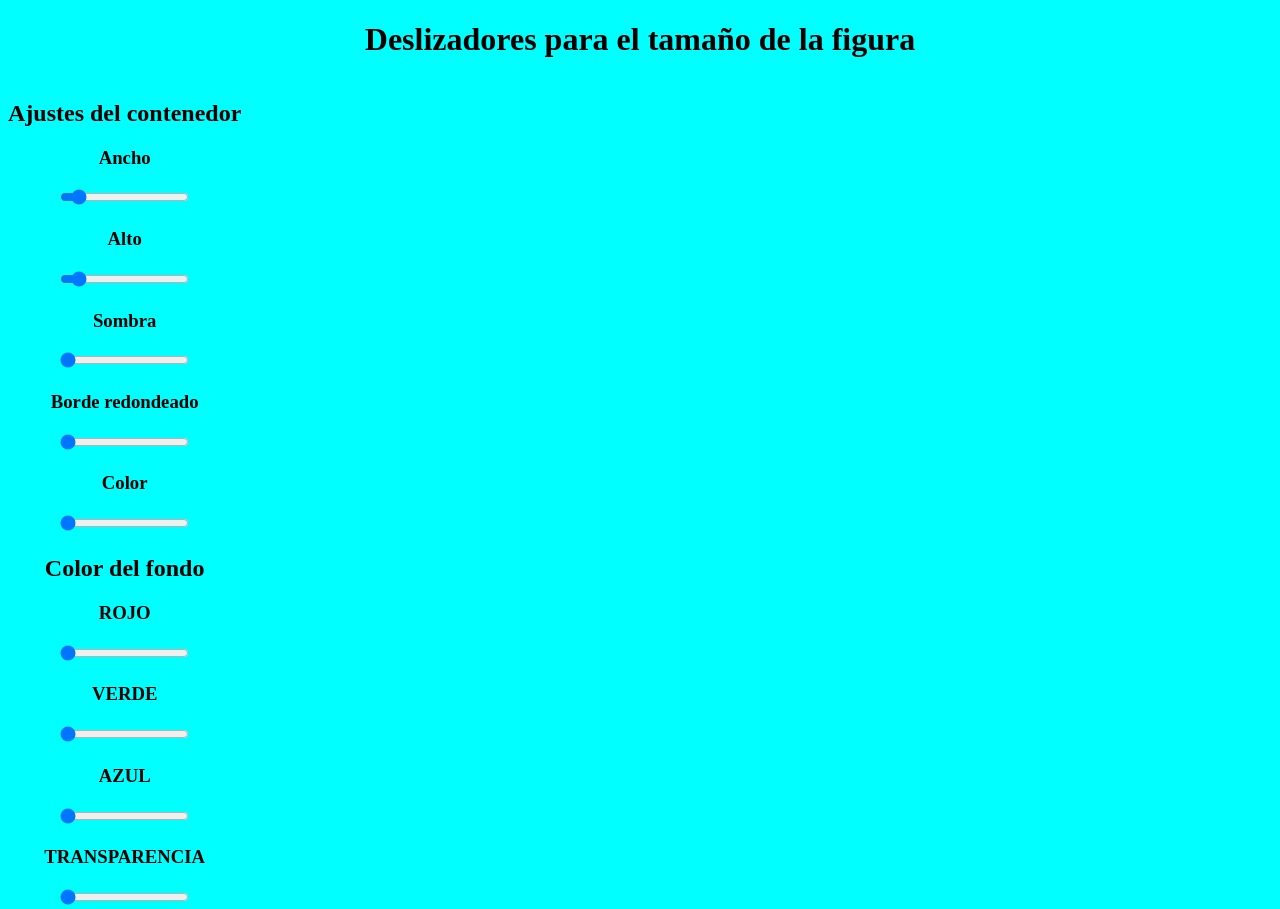
Repository: Kevin8548/Ejercicios-DOM
Page: Deslizador.html
These files come from the project's save history. The page is drawn as it stood at one moment and after the next save; the edit follows.
The browser window is 1280 px wide. The pictures show the whole page.

Above is the page before, as saved 2024-10-09 00:32:27.

After the next save:
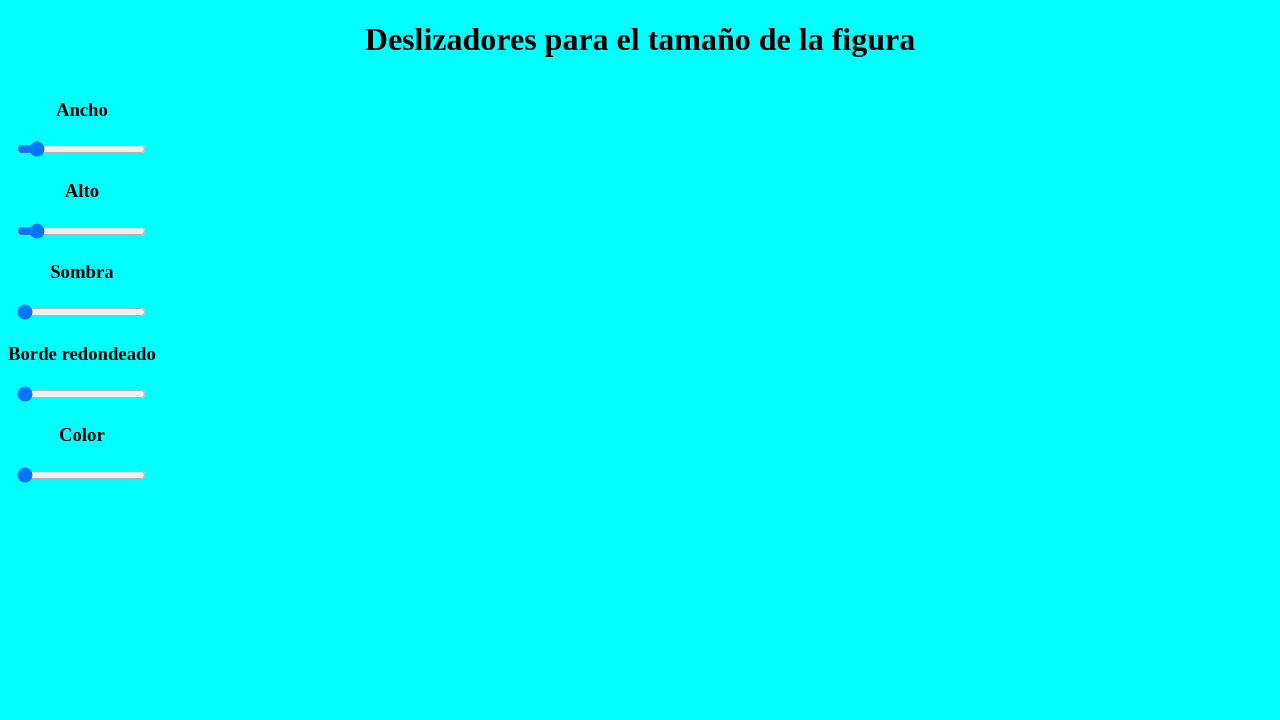
Saved 50 s later.
--- a/Deslizador.html
+++ b/Deslizador.html
@@ -9,7 +9,6 @@
 <body>
     <h1>Deslizadores para el tamaño de la figura</h1>
     <div class="si">
-        <h2>Ajustes del contenedor</h2>
         <h3>Ancho</h3>
         <input type="range" id="sliderAncho" min="0" max="1000" value="100" step="1">
         <h3>Alto</h3>
@@ -21,19 +20,7 @@
         <h3>Color</h3>
         <input type="range" id="sliderColor" min="0" max="360" value="0" step="1">
 
-        <h2>Color del fondo</h2>
-    <h3>ROJO</h3>
-    <input type="range" id="Rojo" min="0" max="255" value="0" step="1" oninput="nuevoColor()">
-    <span id="RojoValue"></span>
-    <h3>VERDE</h3>
-    <input type="range" id="Verde" min="0" max="255" value="0" step="1" oninput="nuevoColor()">
-    <span id="VerdeValue"></span>
-    <h3>AZUL</h3>
-    <input type="range" id="Azul" min="0" max="255" value="0" step="1" oninput="nuevoColor()">
-    <span id="AzulValue"></span>
-    <h3>TRANSPARENCIA</h3>
-    <input type="range" id="Transparencia" min="0" max="1" value="0" step="0.01" oninput="nuevoColor()">
-    <span id="TransparenciaValue"></span>
+
     </div>
     <div class="div"></div>
 
